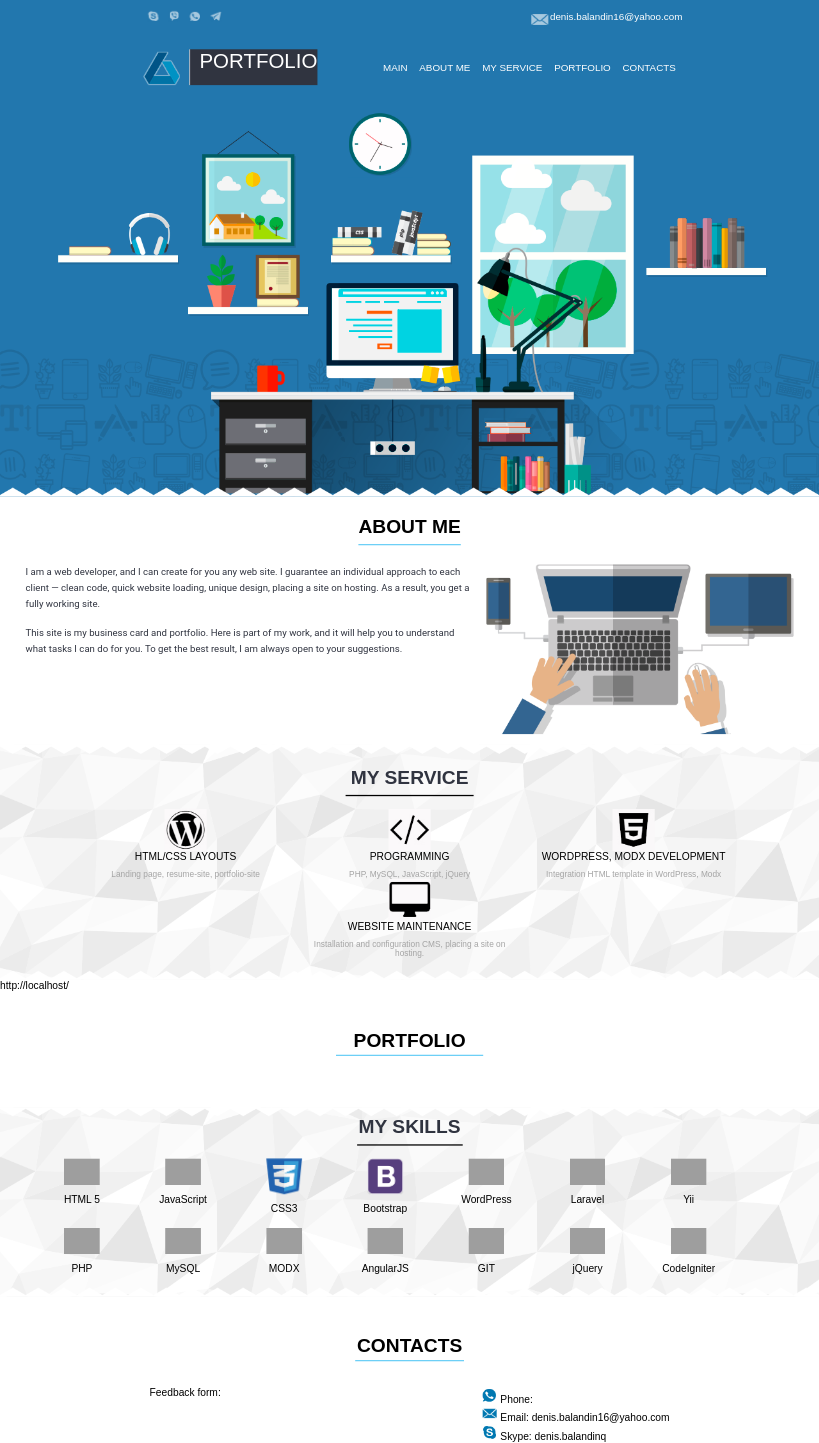
Repository: DenisBalandin/Portfolio
Page: /
An editor plug-in stored every save of this project. The page is shown before and after the next save, followed by the edit.
The browser window is 1280 px wide. The pictures show the whole page, at 64% of full size.
Pictures or frames that could not be fetched are drawn as grey boxes. The page's requests for data from a server got no answer. The project was rebuilt for these pictures with package versions that can differ from the ones it lists, and the page was loaded fresh each time. No one was signed in, and anything a server would have sent is missing. Also part of the build but not shown: src/ItemPage.js.

Above is the page before, as saved 2020-03-06 19:31:08.

After the next save:
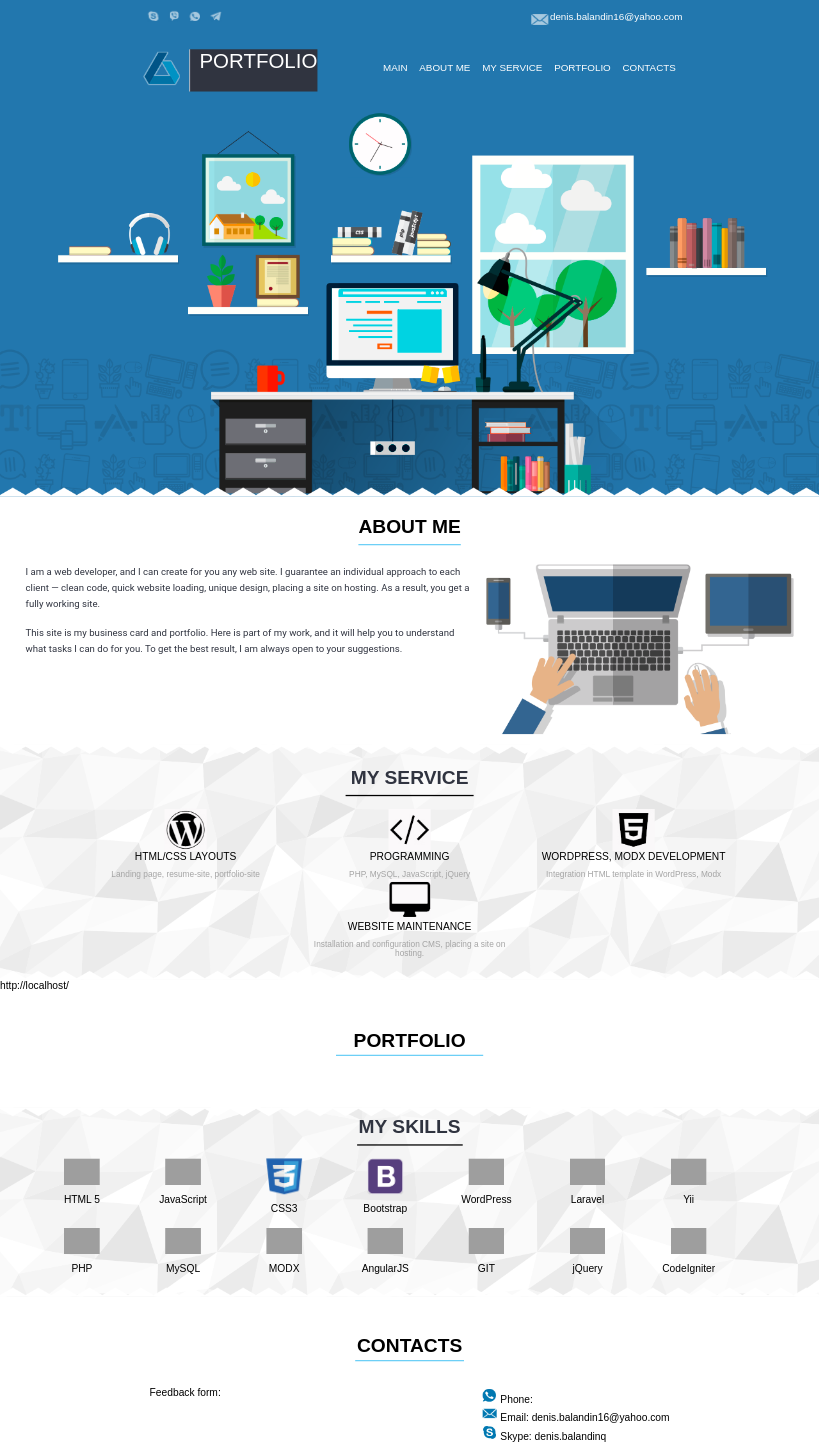
Saved 7 s later.
--- a/src/style.scss
+++ b/src/style.scss
@@ -70,7 +70,7 @@
 background: #303440;
                     border-left: #FFFFFF 1px solid;
                     font-size: 2.5vw;
-                    height: 100%;
+                    // height: 100%;
                     vertical-align: middle!important;
                 }
             }
